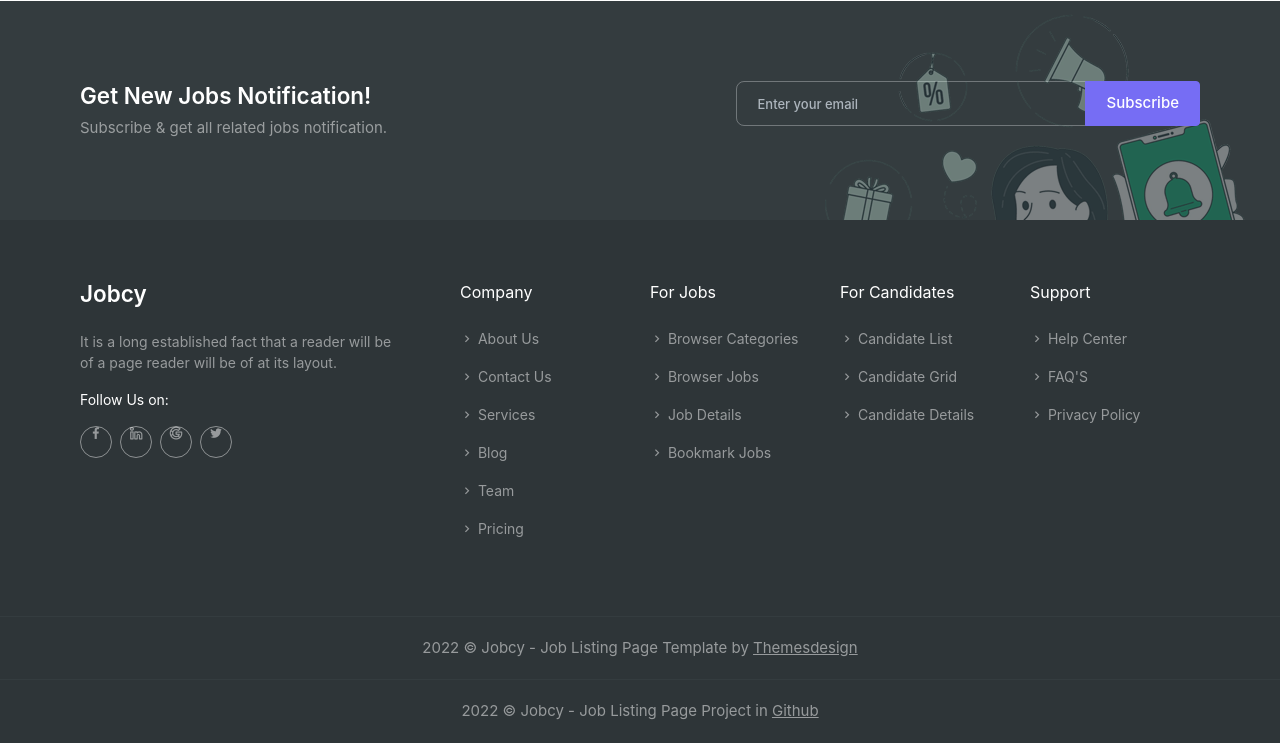
Repository: waflol/hrpm-frontend
Page: / (app in frontend/)
An editor plug-in stored every save of this project. The page is shown before and after the next save, followed by the edit.
The browser window is 1280 px wide. The pictures show the whole page.
The project was rebuilt for these pictures with package versions that can differ from the ones it lists, and the page was loaded fresh each time. Also part of the build but not shown: frontend/craco.config.js, frontend/src/shared/components/Navigations/LoginButton.jsx.

Above is the page before, as saved 2022-10-13 14:20:53.

After the next save:
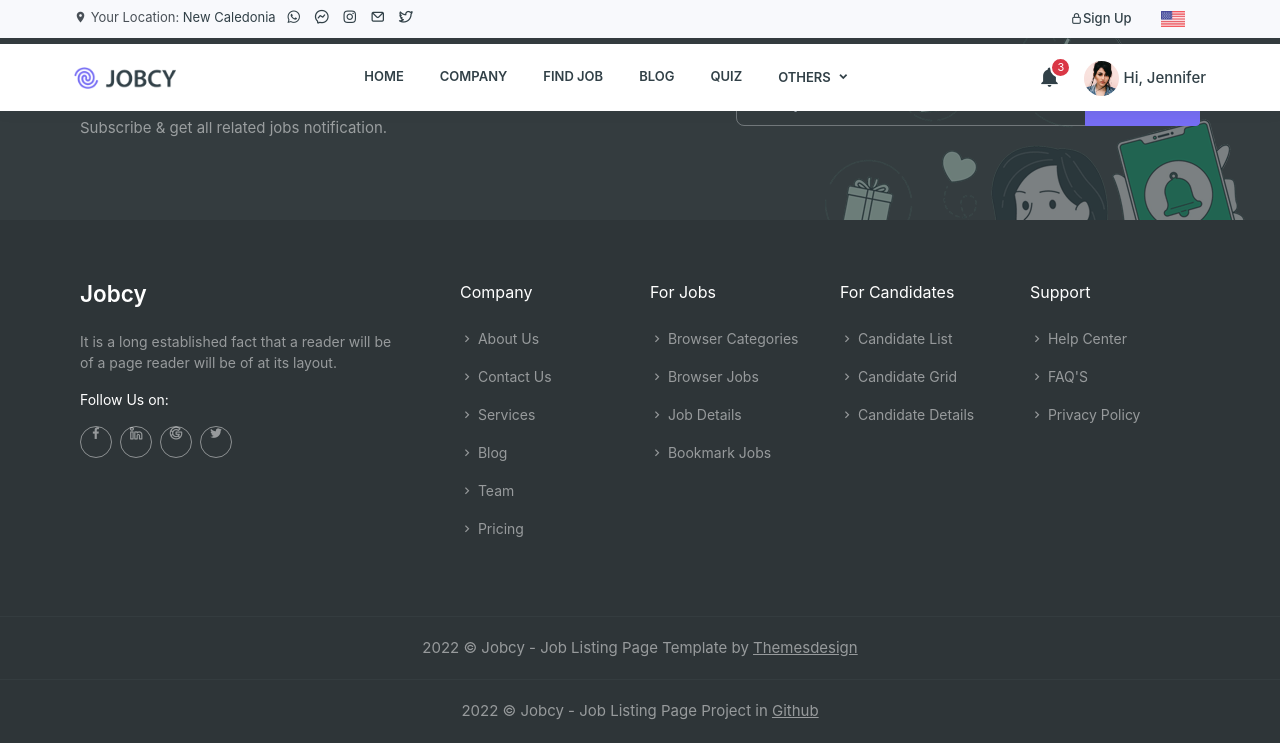
Saved 54 min 17 s later.
--- a/frontend/src/App.js
+++ b/frontend/src/App.js
@@ -11,7 +11,10 @@ function App() {
             path='/'
             element={
               <div>
-
+                <div>
+                  <MainTopBar/>
+                  <MainNavBar/>
+                </div>
                 <Footer/>
               </div>
             }>
